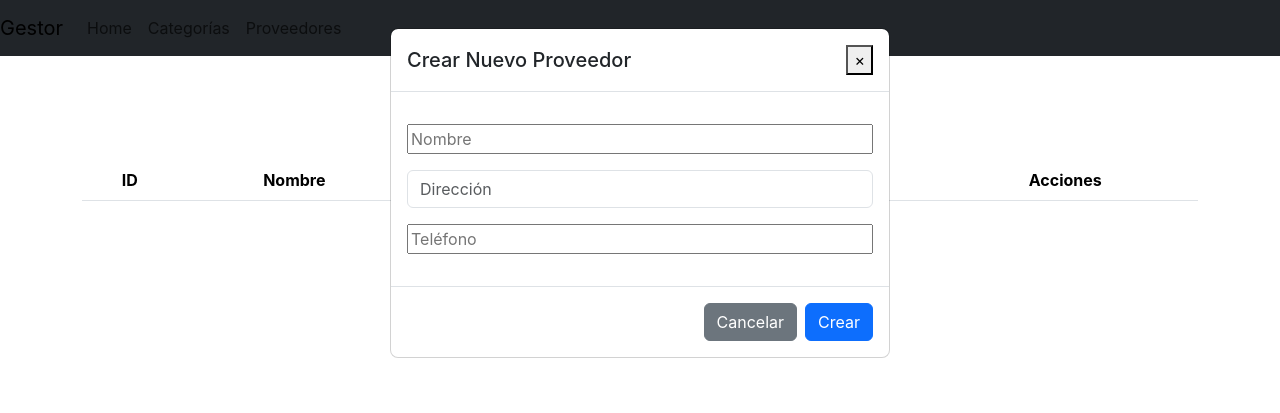
Repository: SantiagoGuaman/gestor-app
Page: /providers, after clicking the first element matching `button`
An editor plug-in stored every save of this project. The page is shown before and after a run of saves, followed by the edit.
The browser window is 1280 px wide. The pictures show the whole page.
The page's requests for data from a server got no answer. The project was rebuilt for these pictures with package versions that can differ from the ones it lists, and the page was loaded fresh each time. No one was signed in, and anything a server would have sent is missing. Also part of the build but not shown: src/App.css, src/Categories/GetDataCategories.js, src/HomePage/HomePage.js.

Above is the page before, as saved 2024-02-14 11:39:37.

### public/index.html
<!DOCTYPE html>
<html lang="en">
  <head>
    <meta charset="utf-8" />
    <link rel="icon" href="%PUBLIC_URL%/favicon.ico" />
    <meta name="viewport" content="width=device-width, initial-scale=1" />
    <meta name="theme-color" content="#000000" />
    <meta
      name="description"
      content="Web site created using create-react-app"
    />
    <link rel="apple-touch-icon" href="%PUBLIC_URL%/logo192.png" />
    <!--
      manifest.json provides metadata used when your web app is installed on a
      user's mobile device or desktop. See https://developers.google.com/web/fundamentals/web-app-manifest/
    -->
    <link href="https://cdn.jsdelivr.net/npm/bootstrap@5.3.2/dist/css/bootstrap.min.css" rel="stylesheet" integrity="sha384-T3c6CoIi6uLrA9TneNEoa7RxnatzjcDSCmG1MXxSR1GAsXEV/Dwwykc2MPK8M2HN" crossorigin="anonymous">
    <link rel="manifest" href="%PUBLIC_URL%/manifest.json" />
    <!--
      Notice the use of %PUBLIC_URL% in the tags above.
      It will be replaced with the URL of the `public` folder during the build.
      Only files inside the `public` folder can be referenced from the HTML.

      Unlike "/favicon.ico" or "favicon.ico", "%PUBLIC_URL%/favicon.ico" will
      work correctly both with client-side routing and a non-root public URL.
      Learn how to configure a non-root public URL by running `npm run build`.
    -->
    <title>Gestor APP</title>
  </head>
  <body>
    <noscript>You need to enable JavaScript to run this app.</noscript>
    <div id="root"></div>
    <!--
      This HTML file is a template.
      If you open it directly in the browser, you will see an empty page.

      You can add webfonts, meta tags, or analytics to this file.
      The build step will place the bundled scripts into the <body> tag.

      To begin the development, run `npm start` or `yarn start`.
      To create a production bundle, use `npm run build` or `yarn build`.
    -->
  </body>
  <script src="https://cdn.jsdelivr.net/npm/bootstrap@5.3.2/dist/js/bootstrap.bundle.min.js" integrity="sha384-C6RzsynM9kWDrMNeT87bh95OGNyZPhcTNXj1NW7RuBCsyN/o0jlpcV8Qyq46cDfL" crossorigin="anonymous"></script>
</html>

### src/App.js
import { BrowserRouter, Route, Routes } from 'react-router-dom';
import './App.css';
import GetDataCategories from './Categories/GetDataCategories';
import NavBar from './NavBar/NavBar';
import GetDataProviders from './Proveedores/GetDataProviders';
import HomePage from './HomePage/HomePage';

function App() {
  return (
    <div>
      <BrowserRouter>
        <NavBar />
        <Routes>
          <Route exact path='/' element={<HomePage />} />
          <Route exact path='/categories' element={<GetDataCategories />} />
          <Route exact path='/providers' element={<GetDataProviders />} />
        </Routes>
      </BrowserRouter>
    </div>
  );
}

export default App;

### src/NavBar/NavBar.js
import React from 'react'
import { Link } from 'react-router-dom'

function NavBar() {
    return (
        <nav className="navbar navbar-expand-lg navbar-light bg-dark lg">
            <Link className="navbar-brand" to="/">Gestor</Link>
            <button className="navbar-toggler" type="button" data-toggle="collapse" data-target="#navbarNav" aria-controls="navbarNav" aria-expanded="false" aria-label="Toggle navigation">
                <span className="navbar-toggler-icon"></span>
            </button>
            <div className="collapse navbar-collapse" id="navbarNav">
                <ul className="navbar-nav">
                    <li className="nav-item active">
                        <Link className="nav-link" to="/">Home</Link>
                    </li>
                    <li className="nav-item">
                        <Link className="nav-link" to="/categories">Categorías</Link>
                    </li>
                    <li className="nav-item">
                        <Link className="nav-link" to="/providers">Proveedores</Link>
                    </li>
                </ul>
            </div>
        </nav>
    )
}

export default NavBar

### src/Proveedores/GetDataProviders.js
import React, { useEffect, useState } from 'react'

function GetDataProviders() {

    const endPoint = 'http://localhost:8080/api/proveedores';

    const [proveedores, setProveedores] = useState([]);
    const [newProveedor, setNewProveedor] = useState({
        nombre: '',
        direccion: '',
        telefono: ''
    });
    const [editProveedor, setEditProveedor] = useState({
        nombre: '',
        direccion: '',
        telefono: ''
    });
    const [isCreateModalOpen, setCreateModalOpen] = useState(false);

    const fetchData = async () => {
        try {
            const response = await fetch(endPoint);
            if (response.ok) {
                const data = await response.json();
                setProveedores(data);
            }
        } catch (error) {
            console.error("Error fetching data:", error);
        }
    };

    const handleCreate = async () => {
        try {
            const response = await fetch(endPoint, {
                method: 'POST',
                headers: {
                    'Content-Type': 'application/json',
                },
                body: JSON.stringify(newProveedor),
            });

            if (response.ok) {
                console.log('Proveedor creado exitosamente');
                fetchData();
                setNewProveedor({
                    nombre: '',
                    direccion: '',
                    telefono: ''
                });
                setCreateModalOpen(false);
            } else {
                console.error('Error al crear el Proveedor');
            }
        } catch (error) {
            console.error('Error al procesar la solicitud de creación:', error);
        }
    };

    const handleEdit = (proveedor) => {
        setEditProveedor(proveedor);
    };

    const handleUpdate = async () => {
        try {
            const response = await fetch(`${endPoint}/${editProveedor.id}`, {
                method: 'PUT',
                headers: {
                    'Content-Type': 'application/json',
                },
                body: JSON.stringify(editProveedor),
            });

            if (response.ok) {
                console.log('Proveedor actualizado exitosamente');
                fetchData();
                setEditProveedor({
                    id: null,
                    nombre: '',
                    direccion: '',
                    telefono: ''
                });
            } else {
                console.error('Error al actualizar el Proveedor');
            }
        } catch (error) {
            console.error('Error al procesar la solicitud de actualización:', error);
        }
    };

    const handleDelete = async (id) => {
        try {
            const response = await fetch(`${endPoint}/${id}`, {
                method: 'DELETE',
            });

            if (response.ok) {
                console.log('Proveedor eliminado exitosamente');
                fetchData();
            } else {
                console.error('Error al eliminar al Proveedor');
            }
        } catch (error) {
            console.error('Error al procesar la solicitud de eliminación:', error);
        }
    }


    useEffect(() => {
        fetchData();
    }, []);

    return (
        <div className='container text-center mt-5'>
            <h1>Lista de Proveedores</h1>
            <table className="table table-hover">
                <thead>
                    <tr>
                        <th>ID</th>
                        <th>Nombre</th>
                        <th>Dirección</th>
                        <th>Teléfono</th>
                        <th>Acciones</th>
                    </tr>
                </thead>
                <tbody>
                    {proveedores.map((proveedor) => (
                        <tr key={proveedor.id_proveedor}>
                            <td>{proveedor.id_proveedor}</td>
                            <td>{proveedor.nombre}</td>
                            <td>{proveedor.direccion}</td>
                            <td>{proveedor.telefono}</td>
                            <td>
                                <button className='btn btn-secondary' onClick={() => handleEdit(proveedor)}>Editar</button>
                                <button className='btn btn-danger' onClick={() => handleDelete(proveedor.id_proveedor)}>Eliminar</button>
                            </td>
                        </tr>
                    ))}
                </tbody>
            </table>
            <button onClick={() => setCreateModalOpen(true)}>Crear Proveedor</button>
            {isCreateModalOpen && (
                <div className="modal" tabIndex="-1" role="dialog" style={{ display: 'block' }}>
                    <div className="modal-dialog" role="document">
                        <div className="modal-content">
                            <div className="modal-header">
                                <h5 className="modal-title">Crear Nuevo Proveedor</h5>
                                <button type="button" className="close" data-dismiss="modal" aria-label="Close" onClick={() => setCreateModalOpen(false)}>
                                    <span aria-hidden="true">&times;</span>
                                </button>
                            </div>

                            <div className="modal-body" style={{ display: 'flex', flexDirection: 'column' }}>
                                <input className='mt-3'
                                    type="text"
                                    placeholder="Nombre"
                                    value={newProveedor.nombre}
                                    onChange={(e) => setNewProveedor({ ...newProveedor, nombre: e.target.value })}
                                />
                                <input className='form-control mt-3'
                                    type="text"
                                    placeholder="Dirección"
                                    value={newProveedor.direccion}
                                    onChange={(e) => setNewProveedor({ ...newProveedor, direccion: e.target.value })}
                                />
                                <input className='mt-3'
                                    type="text"
                                    placeholder="Teléfono"
                                    value={newProveedor.telefono}
                                    onChange={(e) => setNewProveedor({ ...newProveedor, telefono: e.target.value })}
                                />
                            </div>
                            <div className="modal-footer mt-3">
                                <button type="button" className="btn btn-secondary" onClick={() => setCreateModalOpen(false)}>Cancelar</button>
                                <button type="button" className="btn btn-primary" onClick={handleCreate}>Crear</button>
                            </div>
                        </div>
                    </div>
                </div>

            )}
            {editProveedor.id && (
                <div>
                    <h2>Editar Proveedor</h2>
                    <input
                        type="text"
                        value={editProveedor.nombre}
                        onChange={(e) => setEditProveedor({ ...editProveedor, nombre: e.target.value })}
                    />
                    <input
                        type="text"
                        value={editProveedor.direccion}
                        onChange={(e) => setEditProveedor({ ...editProveedor, direccion: e.target.value })}
                    />
                    <input
                        type="text"
                        value={editProveedor.telefono}
                        onChange={(e) => setEditProveedor({ ...editProveedor, telefono: e.target.value })}
                    />
                    <button className='btn btn-success' onClick={handleUpdate}>Guardar</button>
                </div>
            )}
        </div>
    );
}

export default GetDataProviders

Loaded but not shown: src/index.js (common file); src/index.css (common file); src/reportWebVitals.js (common file)

After the next 2 saves:
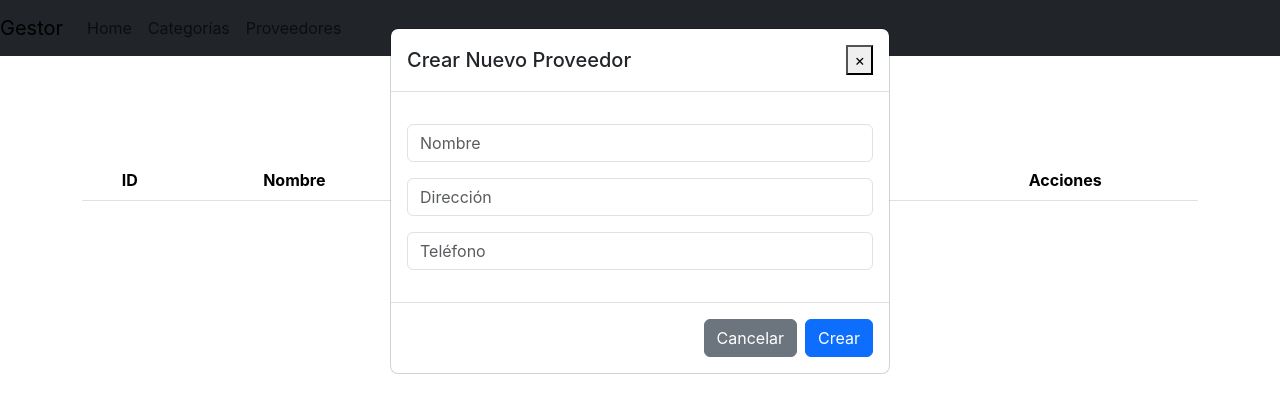
The 2 saves are shown as one change because they came seconds apart.
The last was saved 12 s later.
--- a/src/Proveedores/GetDataProviders.js
+++ b/src/Proveedores/GetDataProviders.js
@@ -150,7 +150,7 @@ function GetDataProviders() {
                             </div>
 
                             <div className="modal-body" style={{ display: 'flex', flexDirection: 'column' }}>
-                                <input className='mt-3'
+                                <input className='form-control mt-3'
                                     type="text"
                                     placeholder="Nombre"
                                     value={newProveedor.nombre}
@@ -162,7 +162,7 @@ function GetDataProviders() {
                                     value={newProveedor.direccion}
                                     onChange={(e) => setNewProveedor({ ...newProveedor, direccion: e.target.value })}
                                 />
-                                <input className='mt-3'
+                                <input className='form-control mt-3'
                                     type="text"
                                     placeholder="Teléfono"
                                     value={newProveedor.telefono}
